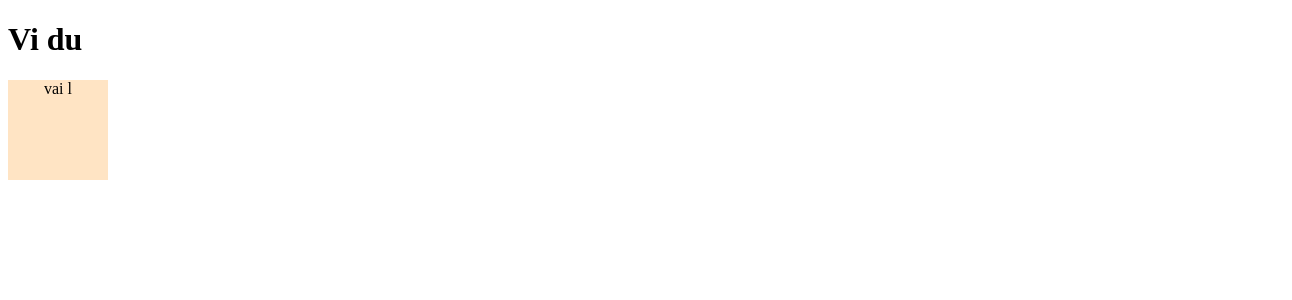
Repository: thanhp6868/ltWeb
Page: 0410/1/1.html
The author's editor kept a copy of each file at every save. The page is drawn from the files as they stood at one save, then again after the next save.
The browser window is 1280 px wide. The page is 1280 px wide, then 1292 px, so the pictures cover 1292 px, including what lies to the right of the window. The pictures show the whole page.

Above is the page before, as saved 2023-10-04 13:48:49.

After the next save:
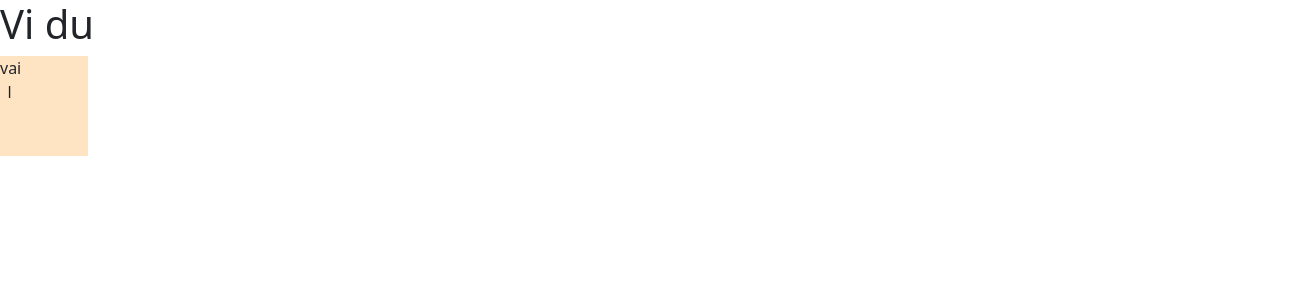
Saved 5 min 14 s later.
--- a/0410/1/1.html
+++ b/0410/1/1.html
@@ -1,17 +1,24 @@
 <!DOCTYPE html>
 <html lang="en">
+
 <head>
     <meta charset="UTF-8">
+    <link href="https://cdn.jsdelivr.net/npm/bootstrap@5.2.3/dist/css/bootstrap.min.css" rel="stylesheet"
+        integrity="sha384-rbsA2VBKQhggwzxH7pPCaAqO46MgnOM80zW1RWuH61DGLwZJEdK2Kadq2F9CUG65" crossorigin="anonymous">
     <meta name="viewport" content="width=device-width, initial-scale=1.0">
     <link rel="stylesheet" type="" href="style1.css">
     <title>Document</title>
 </head>
+
 <body>
     <h1>Vi du</h1>
     <div class="row">
-        <div id ="vidu_transition">
-            <div class="col-3",> <center>vai l</center></div>
+        <div id="vidu_transition">
+            <div class="col-3" ,>
+                <center>vai l</center>
+            </div>
         </div>
     </div>
 </body>
+
 </html>
